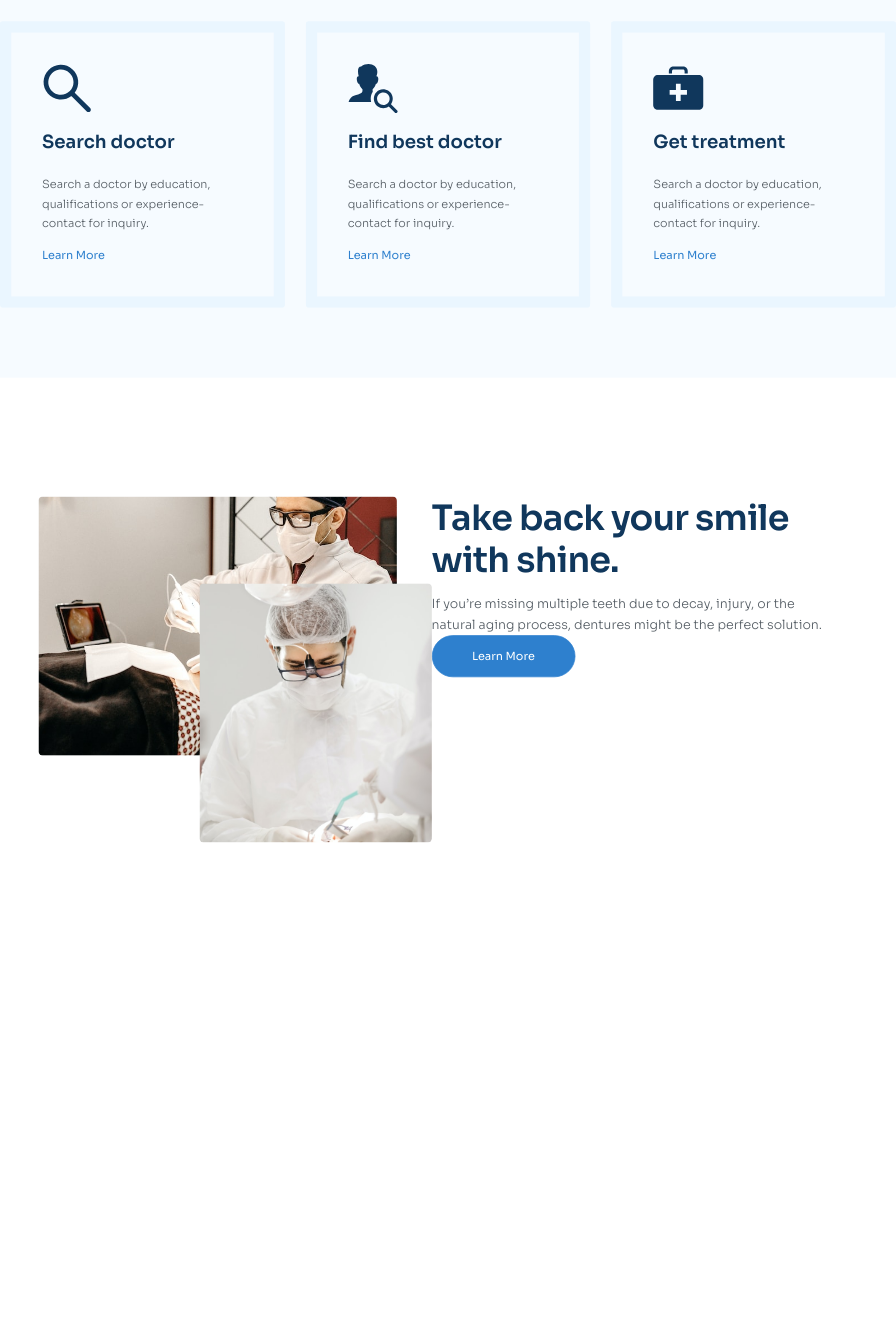
Repository: dongnguyen2112/htmlcss-project-03
Page: index.html
The author's editor kept a copy of each file at every save. The page is drawn from the files as they stood at one save, then again after the next save.
The browser window is 1280 px wide. The pictures show the part of the page from y = 2119 to 4039 px (the page is 5720 px tall), at 70% of full size.

Above is the page before, as saved 2023-08-02 21:00:52.

After the next save:
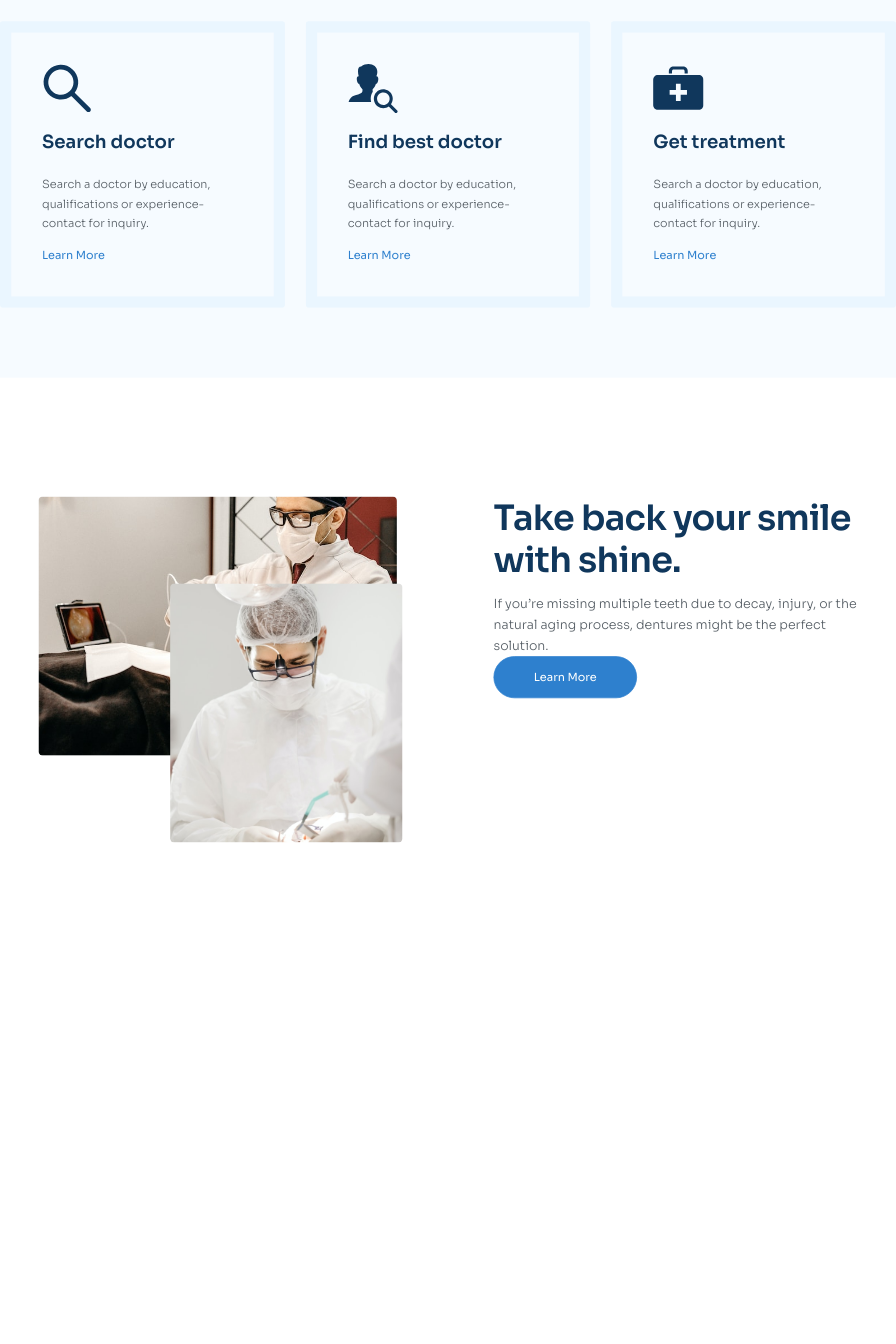
Saved 4 s later.
--- a/assets/css/styles.css
+++ b/assets/css/styles.css
@@ -331,7 +331,7 @@ a {
 }
 .feature__inner{
     display: flex;
-    colu
+    column-gap: 130px;
 }
 .feature__media {
     width: 48%;
